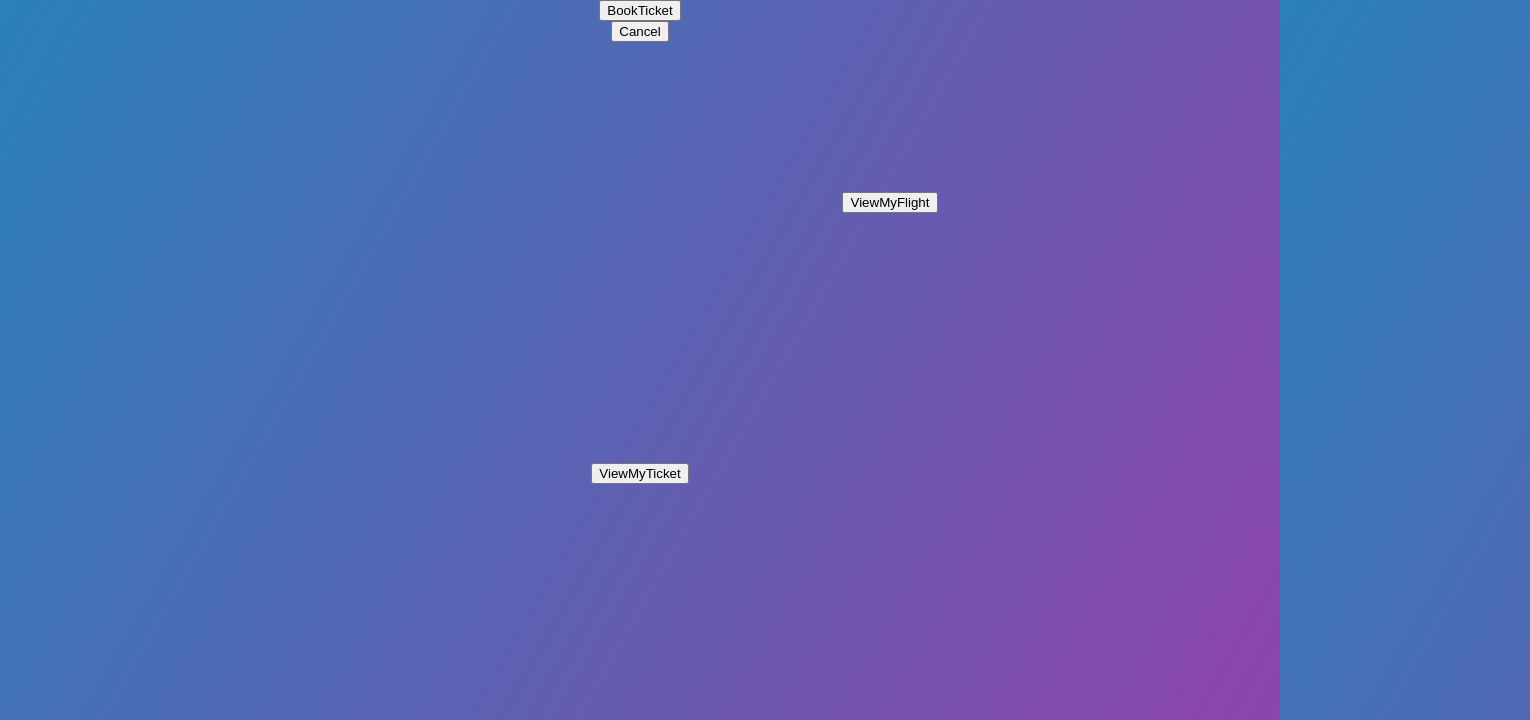
Repository: kalpesh3070/backend2
Page: flyaway/src/main/webapp/main.html
The author's editor kept a copy of each file at every save. The page is drawn from the files as they stood at one save, then again after the next save.
The browser window is 1280 px wide. The page is 1530 px wide, then 1430 px, then 1530 px, so the pictures cover 1530 px, including what lies to the right of the window. The pictures show the whole page.

Above is the page before, as saved 2022-11-14 16:14:03.

### flyaway/src/main/webapp/main.html
<!DOCTYPE html>
<html>
<head>
<meta charset="ISO-8859-1">
<link rel="stylesheet" href="main.css">
<title>HOME</title>
</head>
<center>
<div class="body">
<body>
<div class="book">
<a href="http://localhost:8080/flyaway/Ticket_booking.html"><button>BookTicket</button></a>
</div>
<div class="cancel">
<a href="http://localhost:8080/flyaway/Delet.html"><button>Cancel</button></a>
</div>
<div class="view">
<a href="http://localhost:8080/flyaway/Home.html"> <button>ViewMyFlight</button></a>
</div>
<div class="ticket">
<a href="http://localhost:8080/flyaway/My_Ticket.html"><button>ViewMyTicket</button></a>
</div>
</div>
</center>
</body>
</html>

### flyaway/src/main/webapp/main.css
@charset "ISO-8859-1";
body{
margin: 0;
padding: 0;
font-family: montserrat;
background: linear-gradient(120deg,#2980b9,#8e44ad);
height: 100vh;
overflow:hidden;
}

.ticket{
	width : 100%;
	margin:250px auto;
	size: 500px;
}
.view{
	width : 100%;
	margin:150px 250px;
	size: 500px;
}

After the next save:
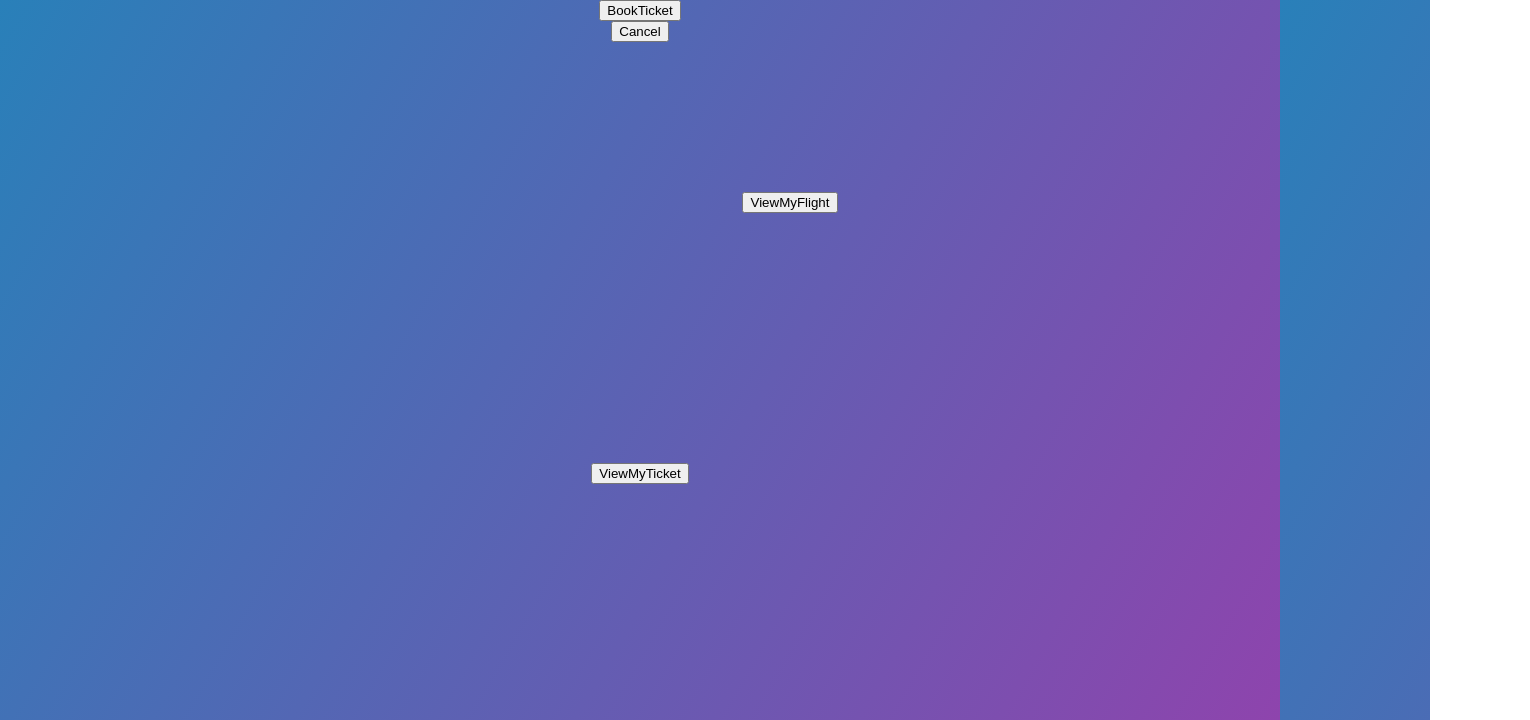
Saved 23 s later.
--- a/flyaway/src/main/webapp/main.css
+++ b/flyaway/src/main/webapp/main.css
@@ -15,6 +15,6 @@
 }
 .view{
 	width : 100%;
-	margin:150px 250px;
+	margin:150px 250px 250px 150px;
 	size: 500px;
 }

After the save that followed:
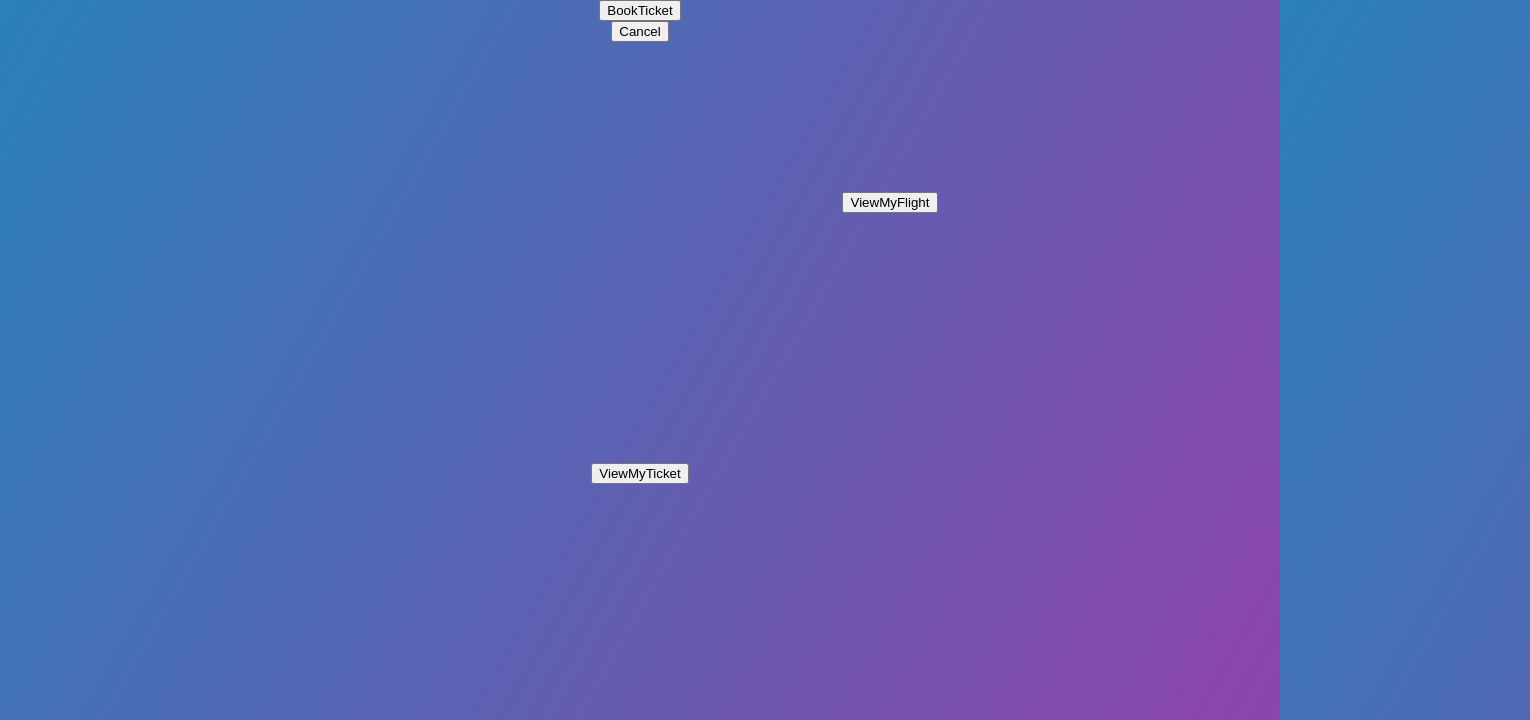
Saved 11 s later.
--- a/flyaway/src/main/webapp/main.css
+++ b/flyaway/src/main/webapp/main.css
@@ -15,6 +15,6 @@
 }
 .view{
 	width : 100%;
-	margin:150px 250px 250px 150px;
+	margin:150px 250px 250px 250px;
 	size: 500px;
 }
